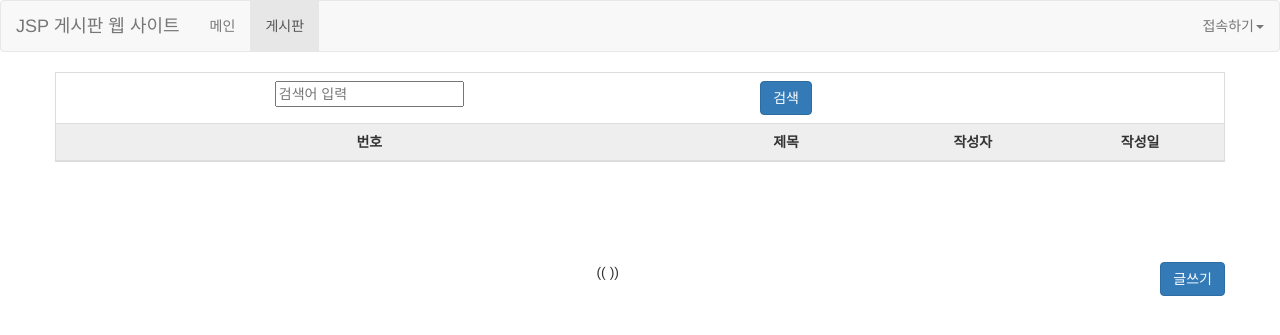
Repository: lihs3443/JSP-Board-System
Page: http://localhost/BBS/bbs.jsp
An editor plug-in stored every save of this project. The page is shown before and after the next save, followed by the edit.
The browser window is 1280 px wide. The pictures show the whole page.
Some web libraries are served in a nearby version. The page is served by Tomcat 9. Queries for data that is not in the repository find no rows.

Above is the page before, as saved 2022-11-20 11:11:34.

After the next save:
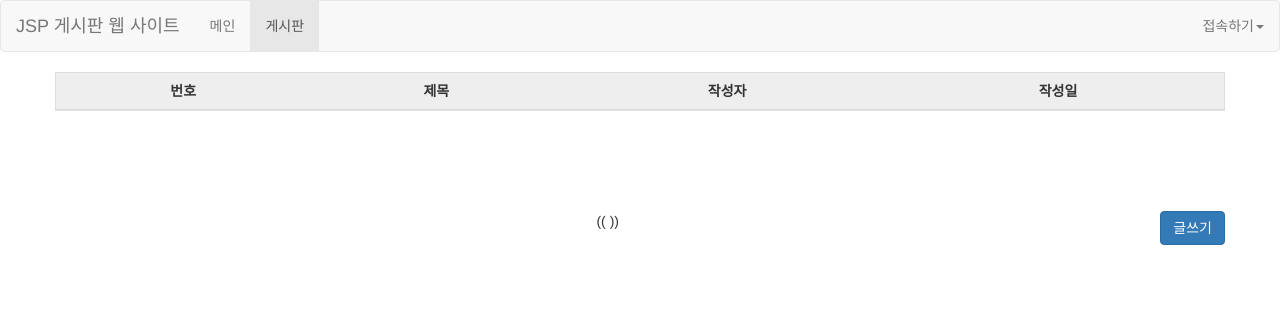
Saved 56 s later.
--- a/BBS/WebContent/bbs.jsp
+++ b/BBS/WebContent/bbs.jsp
@@ -95,12 +95,6 @@
 		<div class="row">
 			<table class="table table-striped" style="text-align: center; border: 1px solid #dddddd">
 				<thead>
-					<form method="post" action="searchAction.jsp">
-						<tr>
-							<td><input type="text" placeholder="검색어 입력" maxlength="50"></td>
-							<td><button type="submit" class="btn btn-primary">검색</button></td>
-						</tr>
-					</form>
 					<tr>
 						<th style="background-color: #eeeeee; text-align: center;">번호</th>
 						<th style="background-color: #eeeeee; text-align: center;">제목</th>
